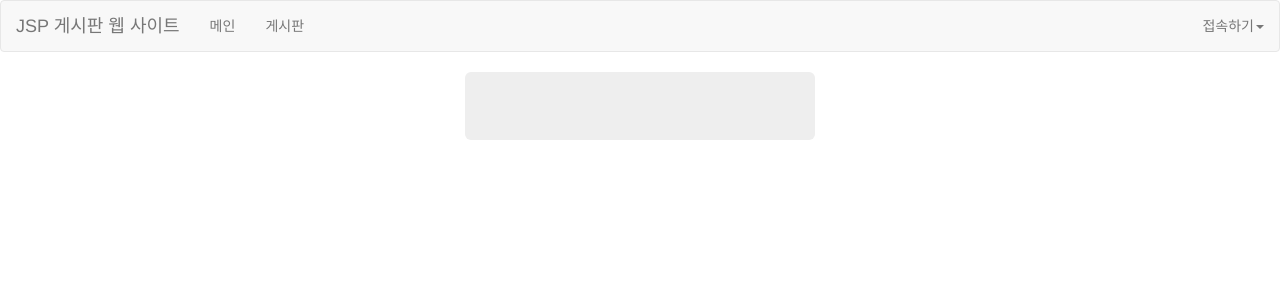
Repository: winter9388/JSP_BBS
Page: http://localhost/BBS/bbs.jsp
An editor plug-in stored every save of this project. The page is shown before and after the next save, followed by the edit.
The browser window is 1280 px wide. The pictures show the whole page.
Some web libraries are served in a nearby version. The page is served by Tomcat 9.

Above is the page before, as saved 2022-08-11 03:45:11.

After the next save:
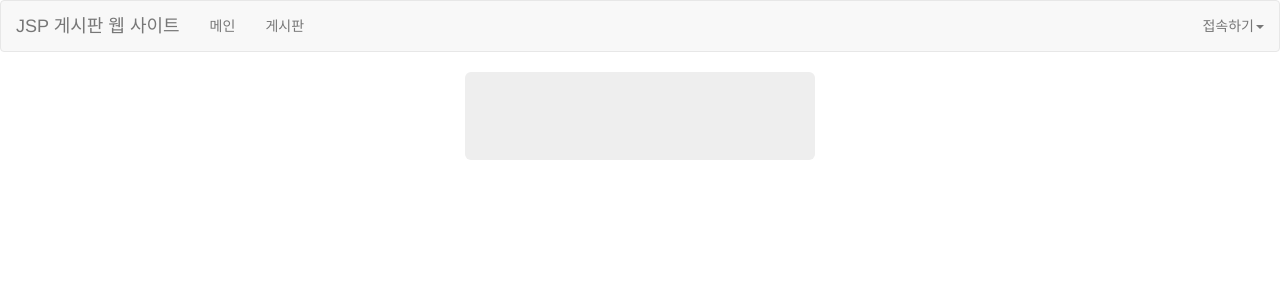
Saved 42 s later.
--- a/BBS/src/main/webapp/bbs.jsp
+++ b/BBS/src/main/webapp/bbs.jsp
@@ -43,6 +43,7 @@
 		<div class="col-lg-4">
 			<div class="jumbotron" style="padding-top: 20px">
 				<form method="post" action="loginAction.jsp">
+					<h3 style="text-align: center"></h3>
 				</form>
 			</div>
 		</div>
